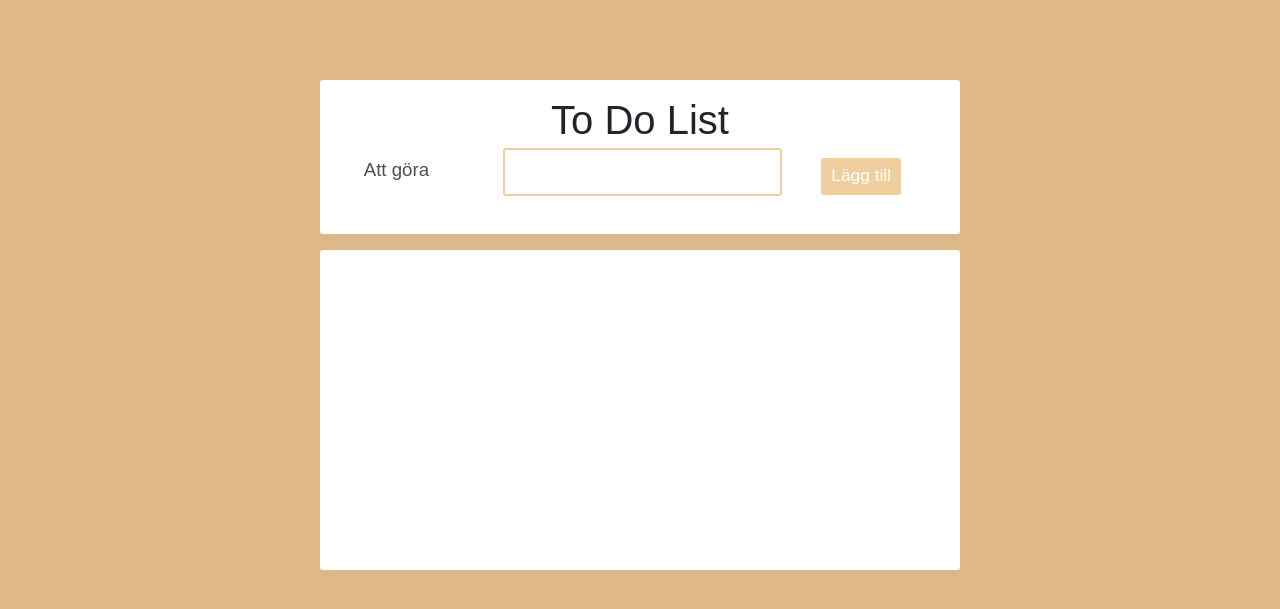
Repository: skepp4rn/todolist
Page: index.html
These files come from the project's save history. The page is drawn as it stood at one moment and after a run of saves; the edit follows.
The browser window is 1280 px wide. The pictures show the whole page.
The page's requests for data from a server got no answer. Some web libraries are served in a nearby version.

Above is the page before, as saved 2021-01-28 12:28:46.

After the next 2 saves:
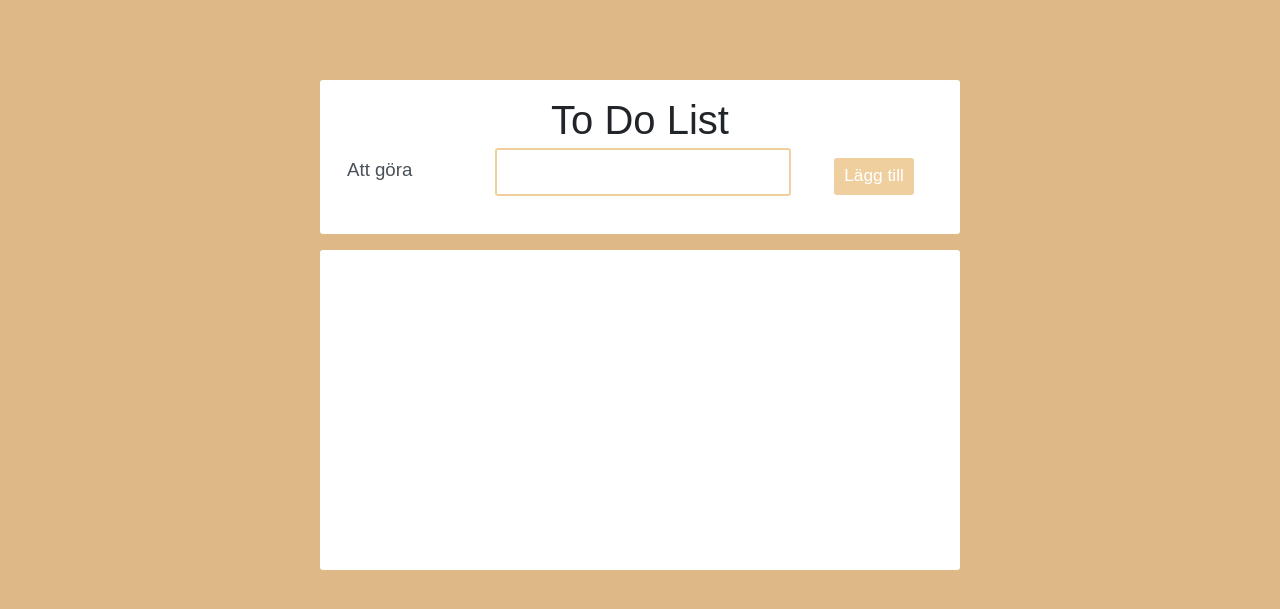
The 2 saves are shown as one change because they came seconds apart.
The last was saved 16 s later.
--- a/css/style.css
+++ b/css/style.css
@@ -133,7 +133,7 @@
     margin-bottom: 0.2rem;
     padding: 1rem;
     font-family: Arial, Helvetica, sans-serif;
-    font-size: 14pt;
+    font-size: 100pt;
     height: 3rem;
 }
 

After the save that followed:
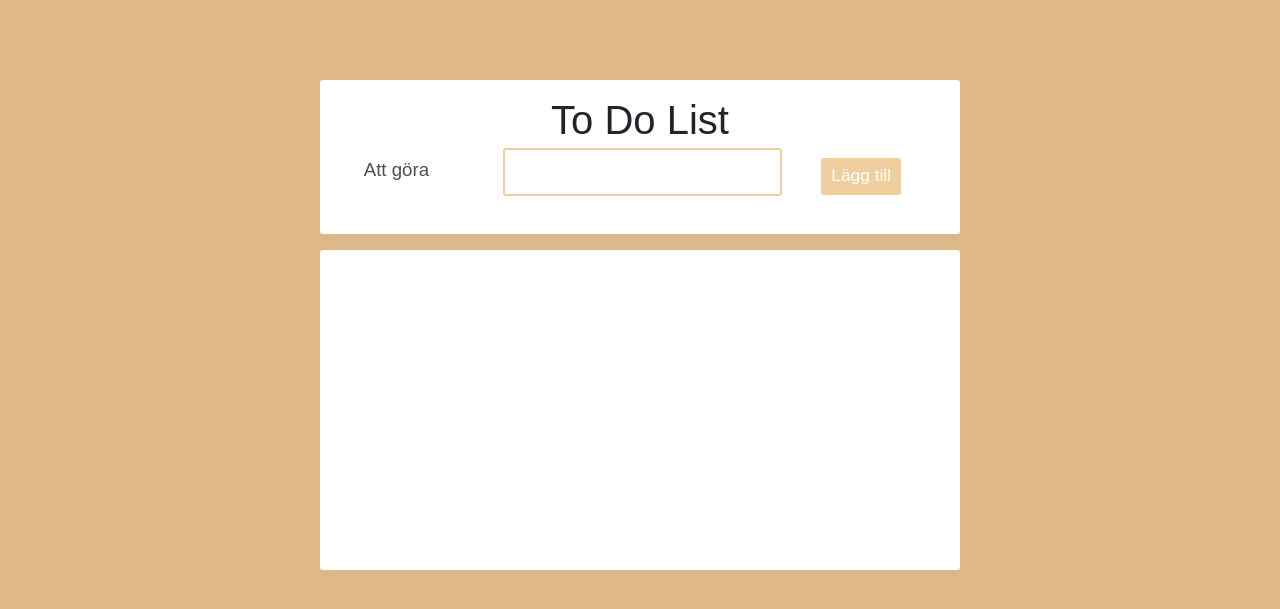
Saved 4 s later.
--- a/css/style.css
+++ b/css/style.css
@@ -133,7 +133,7 @@
     margin-bottom: 0.2rem;
     padding: 1rem;
     font-family: Arial, Helvetica, sans-serif;
-    font-size: 100pt;
+    font-size: 14pt;
     height: 3rem;
 }
 
